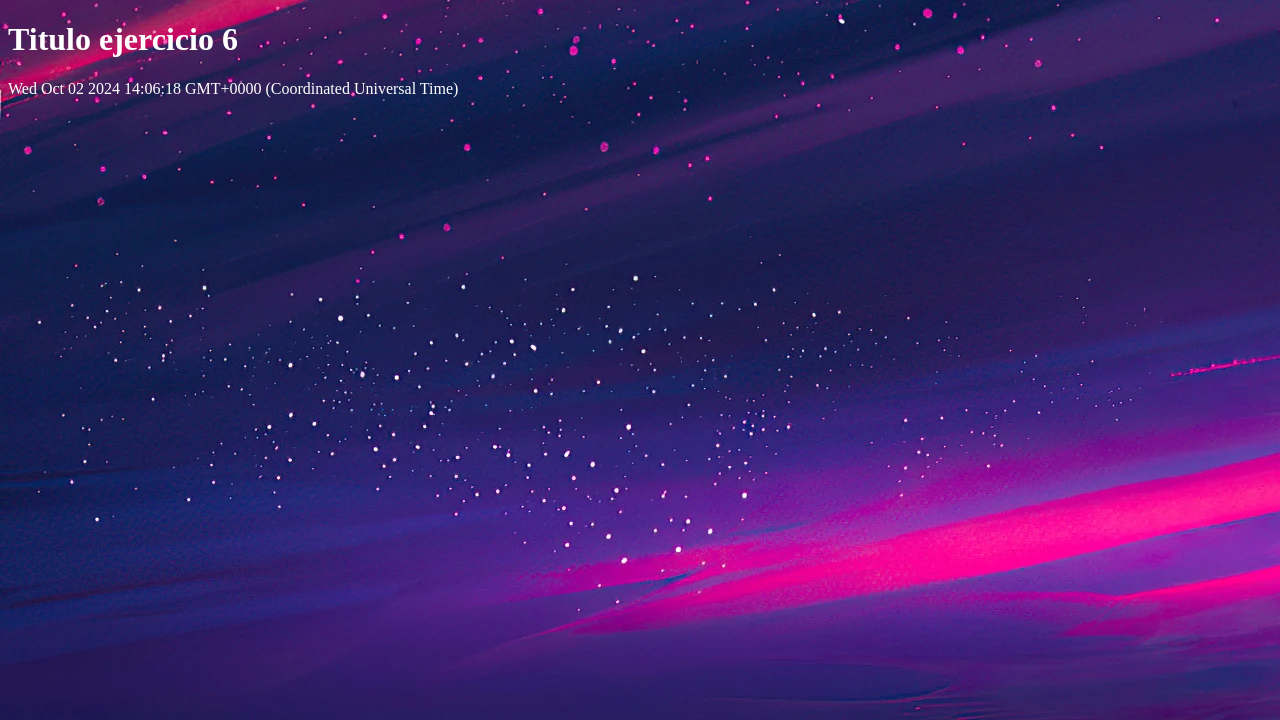
Repository: demoniers/clase
Page: lenguajes/html/ejercicio6/src/index.html
These files come from the project's save history. The page is drawn as it stood at one moment and after the next save; the edit follows.
The browser window is 1280 px wide. The pictures show the whole page.

Above is the page before, as saved 2024-10-08 13:05:23.

After the next save:
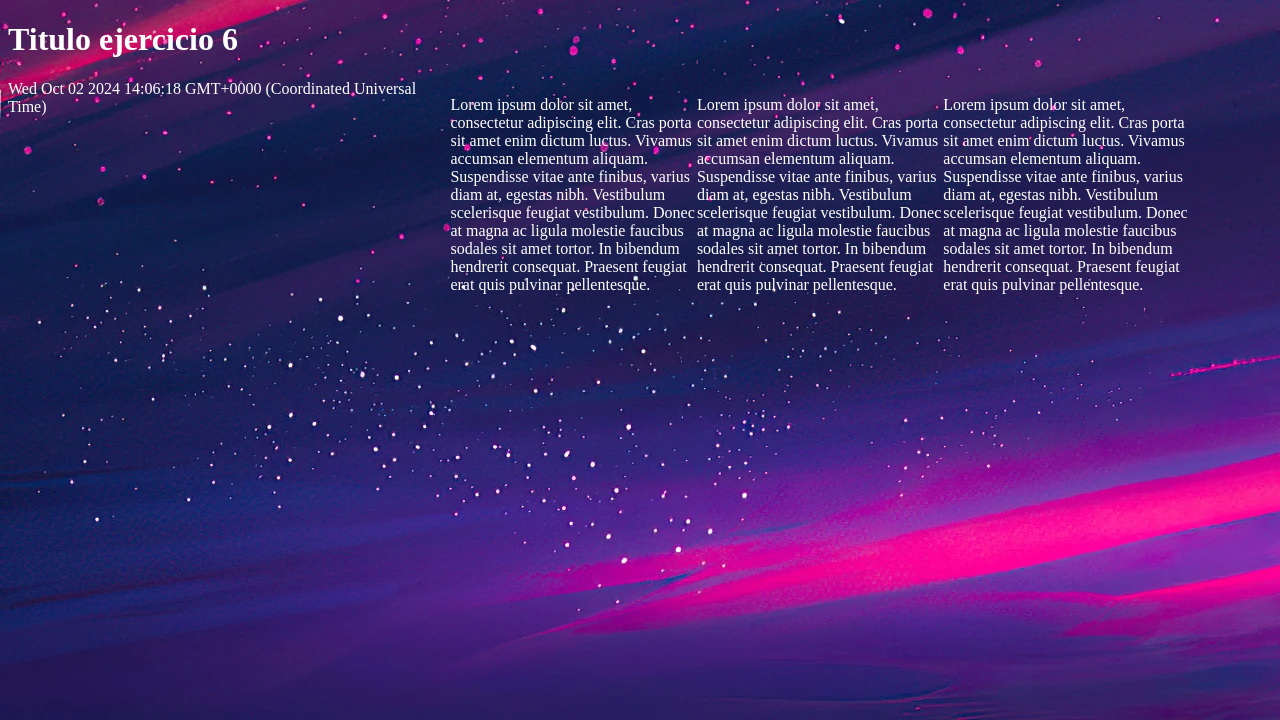
Saved 21 s later.
--- a/lenguajes/html/ejercicio6/src/index.html
+++ b/lenguajes/html/ejercicio6/src/index.html
@@ -13,9 +13,15 @@
   <body>
     <h1 class="encabezado">Titulo ejercicio 6</h1>
     <div id="container">
-      <div class="content" id="conent1"></div>
-      <div class="content" id="conent3"></div>
-      <div class="content" id="conent2"></div>
+      <div class="content" id="conent1">
+        <p>Lorem ipsum dolor sit amet, consectetur adipiscing elit. Cras porta sit amet enim dictum luctus. Vivamus accumsan elementum aliquam. Suspendisse vitae ante finibus, varius diam at, egestas nibh. Vestibulum scelerisque feugiat vestibulum. Donec at magna ac ligula molestie faucibus sodales sit amet tortor. In bibendum hendrerit consequat. Praesent feugiat erat quis pulvinar pellentesque.</p>
+      </div>
+      <div class="content" id="conent3">
+        <p>Lorem ipsum dolor sit amet, consectetur adipiscing elit. Cras porta sit amet enim dictum luctus. Vivamus accumsan elementum aliquam. Suspendisse vitae ante finibus, varius diam at, egestas nibh. Vestibulum scelerisque feugiat vestibulum. Donec at magna ac ligula molestie faucibus sodales sit amet tortor. In bibendum hendrerit consequat. Praesent feugiat erat quis pulvinar pellentesque.</p>
+      </div>
+      <div class="content" id="conent2">
+        <p>Lorem ipsum dolor sit amet, consectetur adipiscing elit. Cras porta sit amet enim dictum luctus. Vivamus accumsan elementum aliquam. Suspendisse vitae ante finibus, varius diam at, egestas nibh. Vestibulum scelerisque feugiat vestibulum. Donec at magna ac ligula molestie faucibus sodales sit amet tortor. In bibendum hendrerit consequat. Praesent feugiat erat quis pulvinar pellentesque.</p>
+      </div>
     </div>
     <p id="fh"></p>
   </body>
